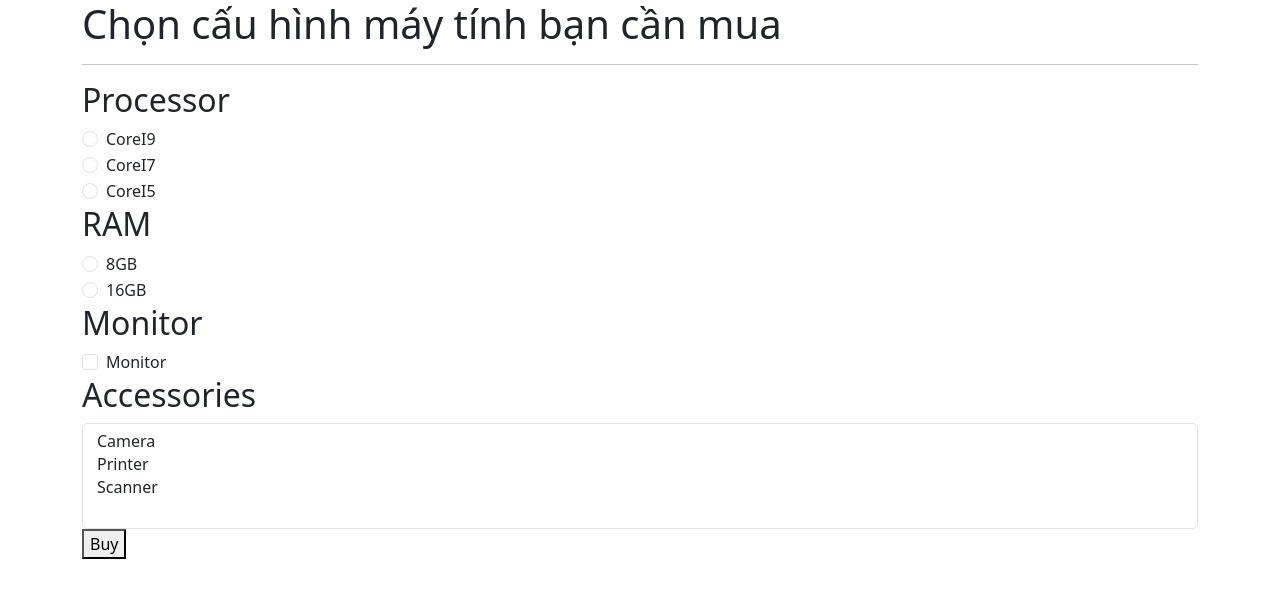
Repository: Vanh260703/Java-Servlet
Page: http://localhost/Bai7/muaMayTinh.jsp
The author's editor kept a copy of each file at every save. The page is drawn from the files as they stood at one save, then again after the next save.
The browser window is 1280 px wide. The pictures show the whole page.
The page is served by Tomcat 9.

Above is the page before, as saved 2025-03-04 18:57:32.

After the next save:
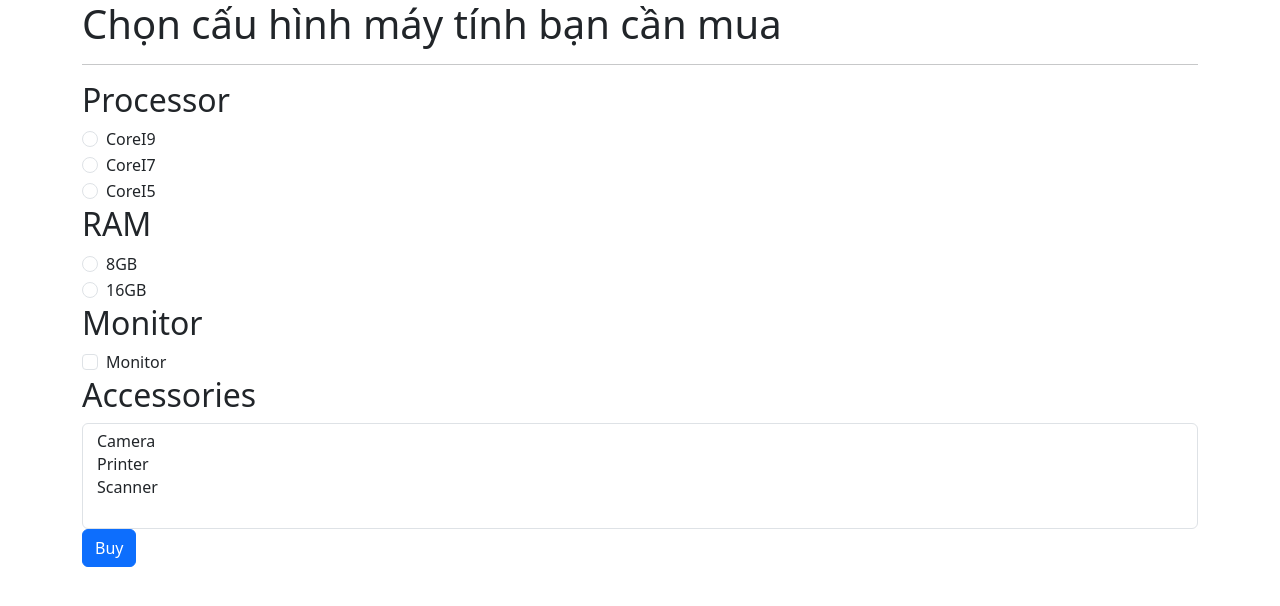
Saved 21 s later.
--- a/Bai7/src/main/webapp/muaMayTinh.jsp
+++ b/Bai7/src/main/webapp/muaMayTinh.jsp
@@ -59,7 +59,7 @@
   <option value="Printer">Printer</option>
   <option value="Scanner">Scanner</option>
 </select>
-<button type = "submit">Buy</button>
+<button class = "btn btn-primary" type = "submit">Buy</button>
 	</form>
 	</div>
 </body>
